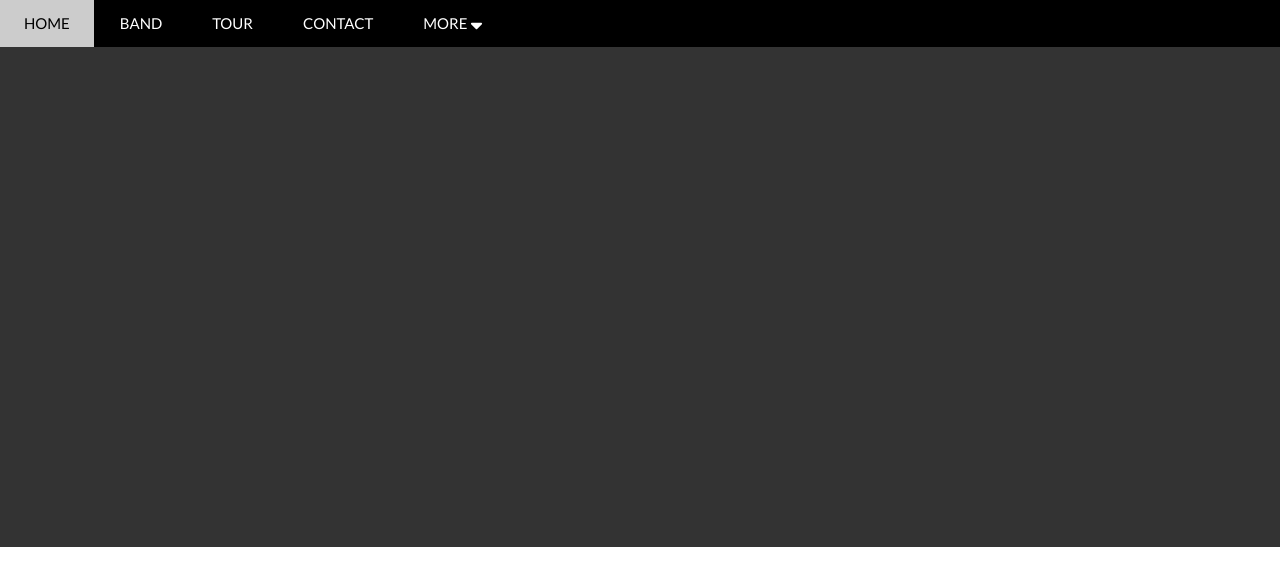
Repository: nguyenthaicong265/w3-band
Page: index.html
The author's editor kept a copy of each file at every save. The page is drawn from the files as they stood at one save, then again after the next save.
The browser window is 1280 px wide. The pictures show the whole page.

Above is the page before, as saved 2021-12-28 11:12:00.

### index.html
<!DOCTYPE html>
<html lang="en">
<head>
    <meta charset="UTF-8">
    <meta http-equiv="X-UA-Compatible" content="IE=edge">
    <meta name="viewport" content="width=device-width, initial-scale=1.0">
    <title>Document</title>
    <link rel="stylesheet" href="./assets/css/styles.css">
    <link rel="stylesheet" href="https://fonts.googleapis.com/css?family=Lato">
    <link rel="stylesheet" href="./assets/font/themify-icons-font/themify-icons/themify-icons.css">
    <link rel="stylesheet" href="./assets/font/fontawesome-free-5.15.4-web/css/all.css">
</head>
<body>
    <div id="main">
        <div id="header">
            <ul id="nav">
                <li><a href="">Home</a></li>
                <li><a href="">Band</a></li>
                <li><a href="">Tour</a></li>
                <li><a href="">Contact</a></li>
                <li>
                    <a href="#">
                        More
                        <i class="fas fa-sort-down"></i>
                    </a>
                    <ul class="subnav">
                        <li><a href="#">Merchandise</a></li>
                        <li><a href="#">Extras</a></li>
                        <li><a href="#">Media</a></li>
                    </ul>
                </li>
            </ul>
            <div class="search-button">

            </div>
        </div>

        <div id="slider">

        </div>

        <div id="content">

        </div>

        <div id="footer">

        </div>
    </div>
</body>
</html>

### assets/css/styles.css
/* Reset CSS */
* {
    padding: 0;
    margin: 0;
    box-sizing: border-box;
}

html {
    font-family: "Lato", sans-serif;
    font-size: 62.5%;
}

#main {

}

#header {
    height: 46.5px;
    background-color: #000000;

}

#nav, .subnav {
    list-style-type: none;
}

#nav > li {
    display: inline-block;
}

#nav li {
    position: relative;
}

#nav > li > a {
    color: #ffffff;
    text-transform: uppercase;
}

#nav li a {
    text-decoration: none;
    line-height: 46.5px;
    padding: 0px 24px;
    font-size: 1.5rem;
    display: block;
}

#nav .fas {
    font-size: 20px;
}

#nav li:hover .subnav {
    display: block;

}

#nav > li:hover > a,
#nav .subnav li:hover a {
    color: #000 !important;
    background-color: #ccc !important;
}

#nav .subnav {
    display: none;
    position: absolute;
    min-width: 160px;
    top: 46.5px;
    background-color: #ffffff;
    box-shadow: 0 0 10px rgba(0, 0, 0, 0.3);
}

#nav .subnav a {
    color: #000;
    padding: 0 12px;
    line-height: 38px;
}

#slider {
    min-height: 500px;
    background-color: #333;
}

#content {

}

#footer {

}

Loaded but not shown: assets/font/themify-icons-font/themify-icons/themify-icons.css (common file); assets/font/fontawesome-free-5.15.4-web/css/all.css (library)

After the next save:
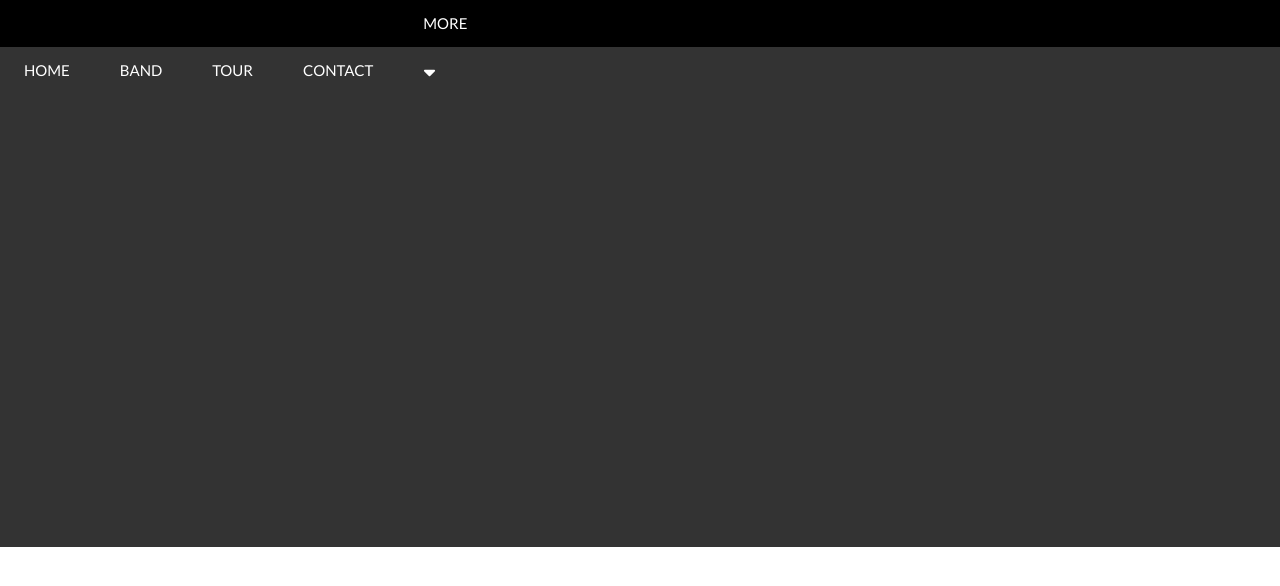
Saved 63 s later.
--- a/assets/css/styles.css
+++ b/assets/css/styles.css
@@ -46,6 +46,8 @@
 }
 
 #nav .fas {
+    display: inline-block;
+    width: 100%;
     font-size: 20px;
 }
 

After the save that followed:
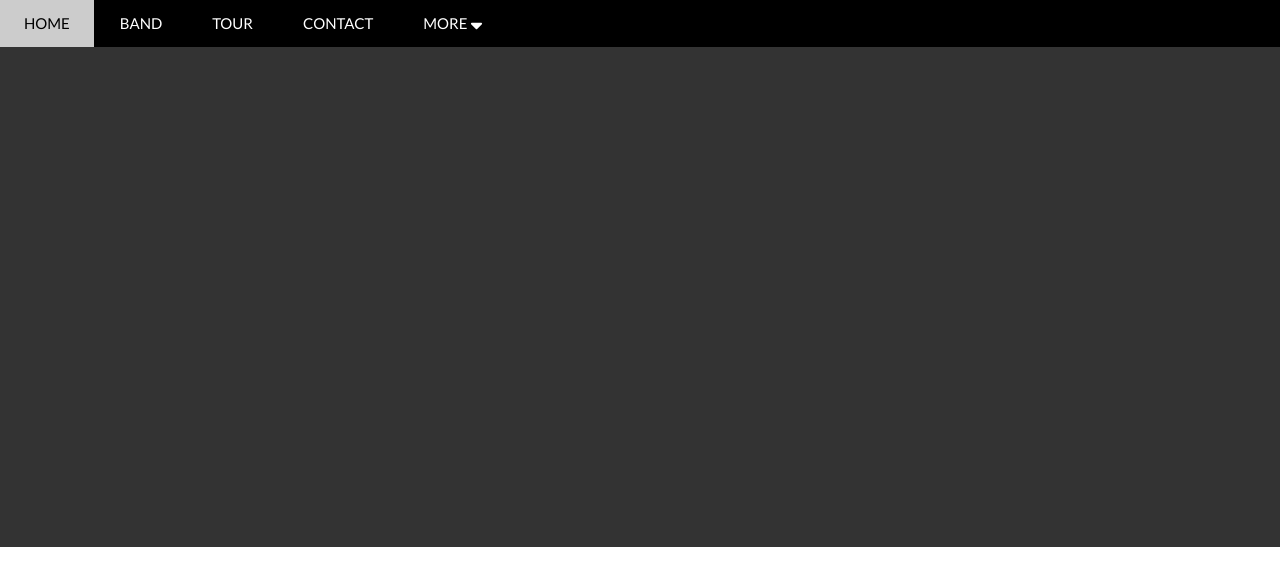
Saved 11 s later.
--- a/assets/css/styles.css
+++ b/assets/css/styles.css
@@ -46,7 +46,7 @@
 }
 
 #nav .fas {
-    display: inline-block;
+    display: inline;
     width: 100%;
     font-size: 20px;
 }
